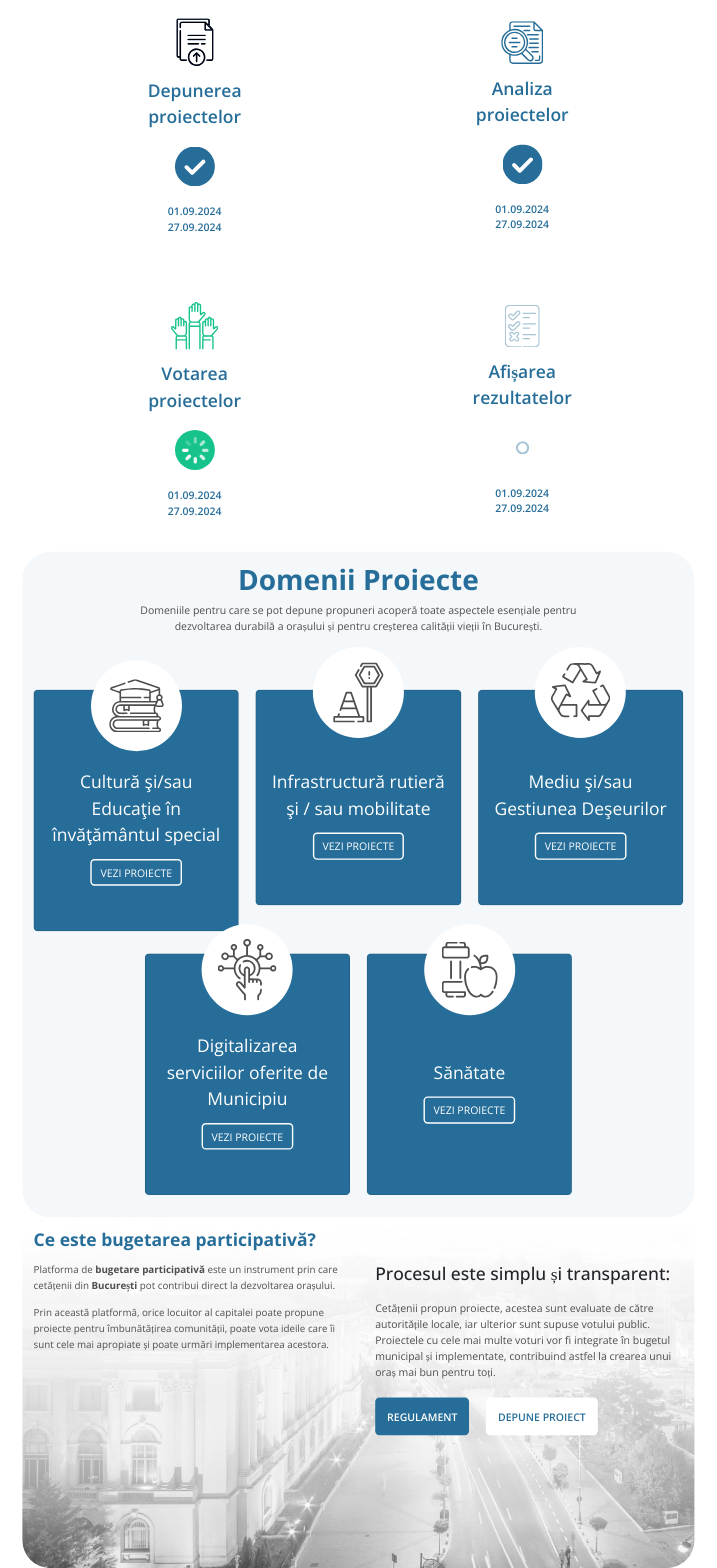
Repository: cosmin05072018/webis-task
Page: index.html
The author's editor kept a copy of each file at every save. The page is drawn from the files as they stood at one save, then again after the next save.
The browser window is 1024 px wide. The pictures show the part of the page from y = 746 to 2986 px (the page is 2986 px tall), at 70% of full size.

Above is the page before, as saved 2024-10-05 18:09:16.

After the next save:
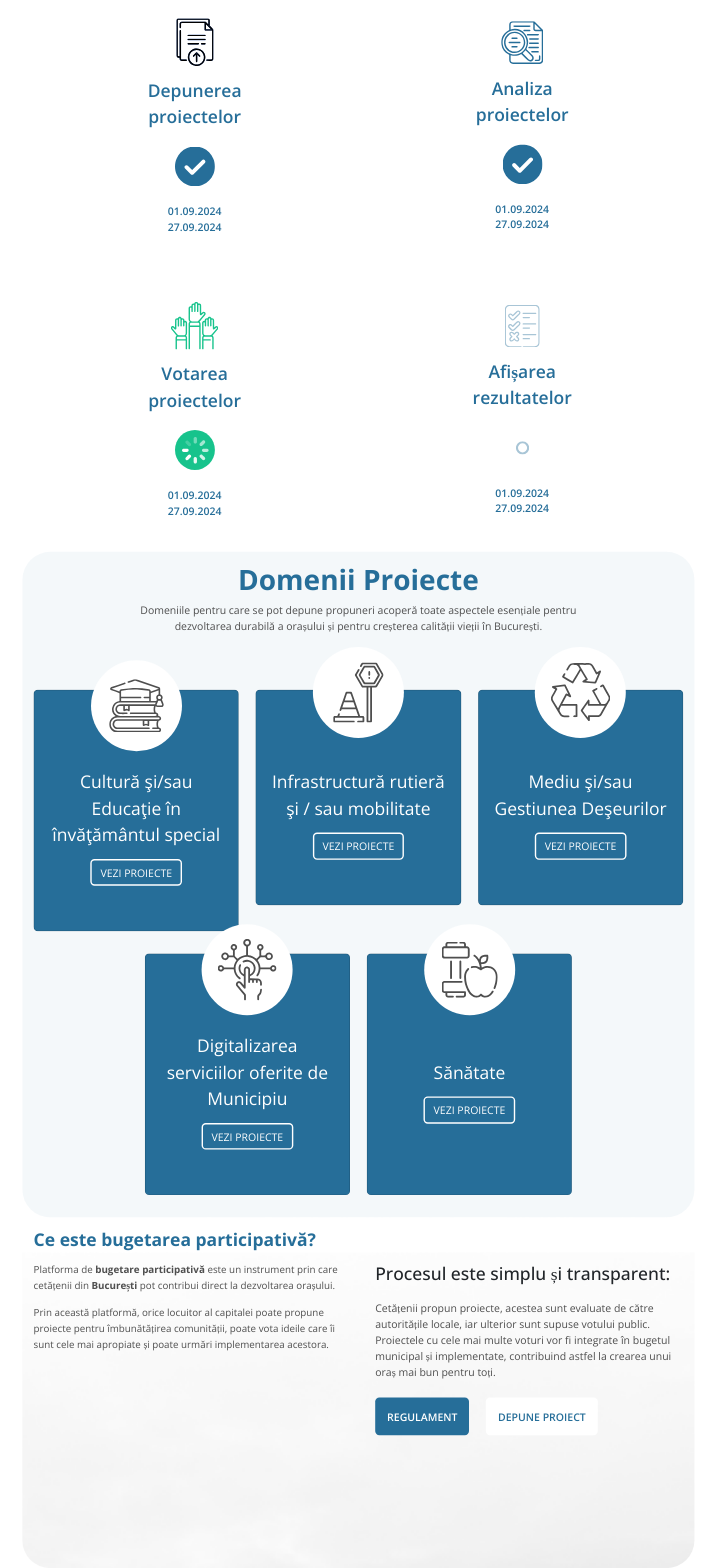
Saved 43 min 35 s later.
--- a/assets/css/style.css
+++ b/assets/css/style.css
@@ -328,40 +328,40 @@
   width: 100vw;
 }
 
-.info-section .row{
+.info-section .row {
   padding-bottom: 150px !important;
 }
 
-.info-section .title{
+.info-section .title {
   color: var(--bg-color);
   font-size: 40px;
   font-weight: 700;
 }
 
-.info-section .subtitle{
+.info-section .subtitle {
   font-size: 25px;
 }
 
-.info-section .right-section .text{
-  font-size: 15px;
-}
-
-.info-section .text{
+.info-section .right-section .text {
+  font-size: 15px;
+}
+
+.info-section .text {
   color: var(--gray-color);
   font-size: 15px;
   line-height: 23px;
 }
 
-.info-section .text span{
+.info-section .text span {
   font-weight: 700;
 }
 
-.info-section .right-section .buttons a:nth-child(1){
+.info-section .right-section .buttons a:nth-child(1) {
   color: var(--white) !important;
   background-color: var(--bg-color) !important;
 }
 
-.info-section .right-section .buttons a{
+.info-section .right-section .buttons a {
   padding: 17px !important;
   transition: 0.5s linear;
   border: none !important;
@@ -369,7 +369,7 @@
   font-size: 15px !important;
 }
 
-.info-section .right-section .buttons a:hover{
+.info-section .right-section .buttons a:hover {
   color: var(--white) !important;
   background-color: var(--gray-color) !important;
 }
@@ -462,14 +462,19 @@
     flex: 0 0 50%;
   }
 
-  .info-section .title{
+  .info-section {
+    background-image: url("../images/bg-bugetarea-participativa-mobile.png");
+    background-size: cover;
+    background-repeat: no-repeat;
+  }
+
+  .info-section .title {
     font-size: 25px;
   }
-  .info-section .text{
+  .info-section .text {
     font-size: 14px;
     font-weight: 400px;
   }
-
 }
 
 @media (max-width: 990px) {
